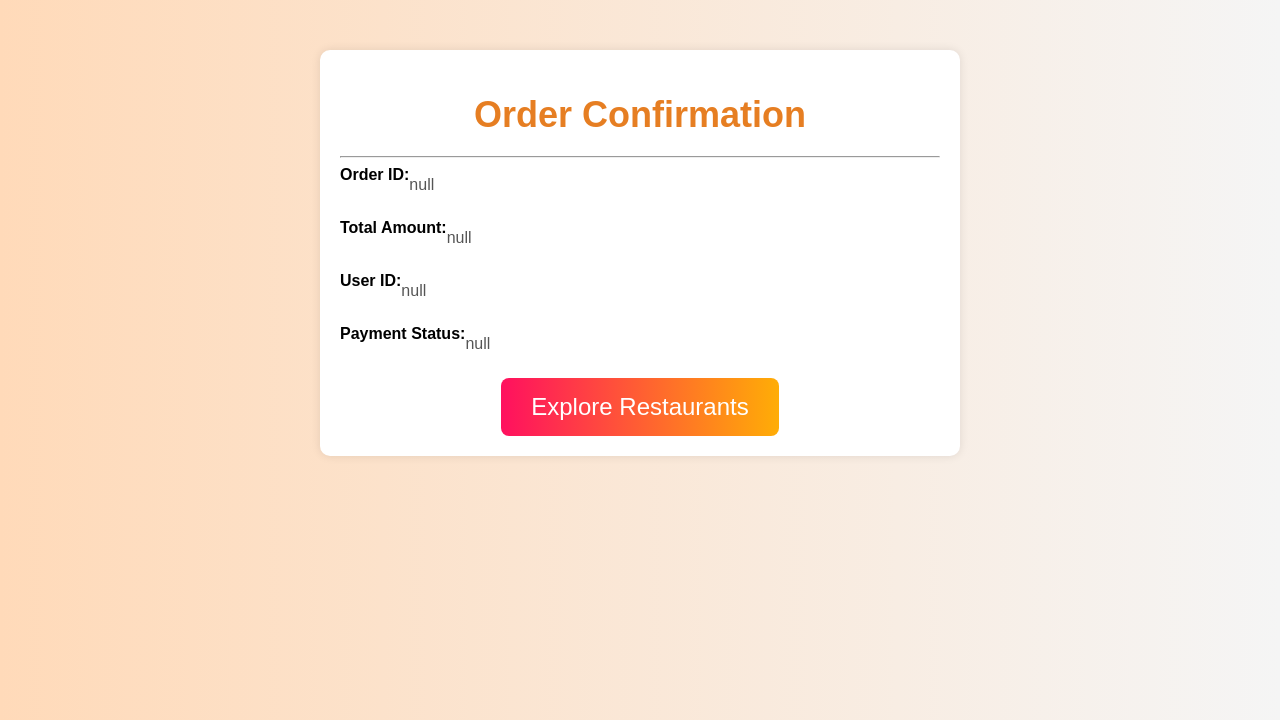
Repository: SWATHIBHUMA/FoodDelivaryApp
Page: http://localhost/FoodDelivaryApp/orderConfirmation.jsp
The author's editor kept a copy of each file at every save. The page is drawn from the files as they stood at one save, then again after the next save.
The browser window is 1280 px wide. The pictures show the whole page.
The page is served by Tomcat 9.

Above is the page before, as saved 2024-01-16 07:29:21.

After the next save:
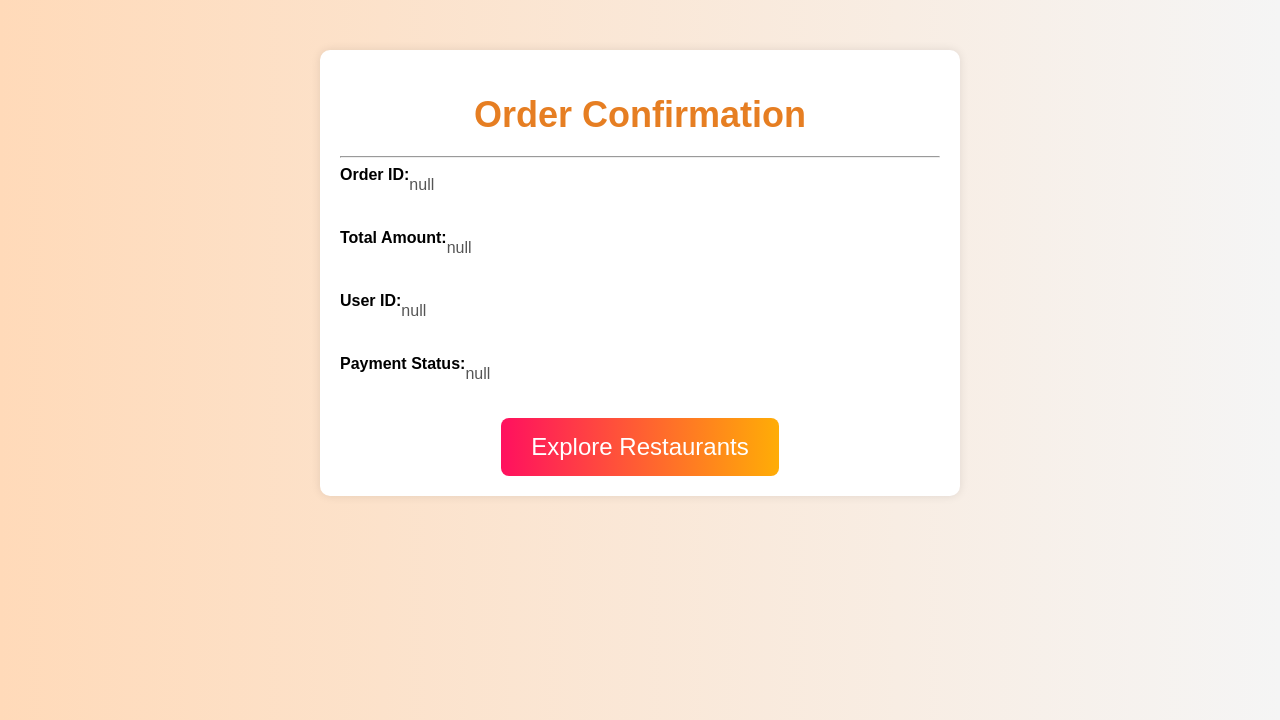
Saved 35 s later.
--- a/FoodDelivaryApp/src/main/webapp/orderConfirmation.jsp
+++ b/FoodDelivaryApp/src/main/webapp/orderConfirmation.jsp
@@ -73,7 +73,7 @@
         .form-group {
             display: flex;
             flex-direction: row;
-            margin-bottom: 15px;
+            margin-bottom: 25px;
         }
 
         .form-label {
